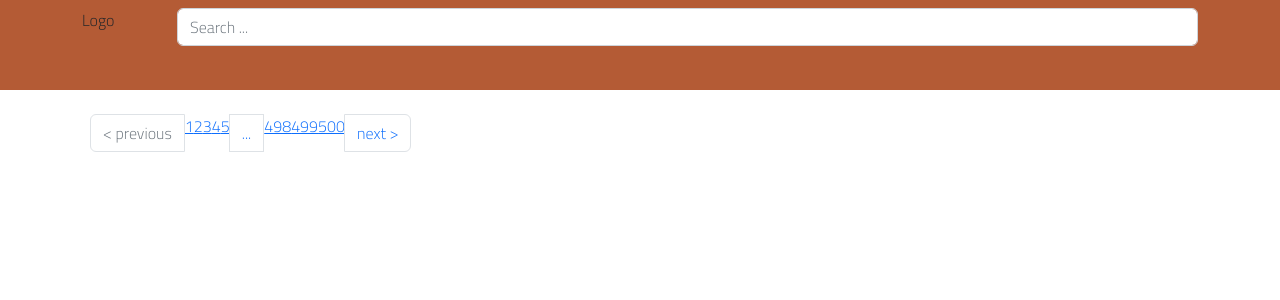
Repository: SD-Mdouka/react-table
Page: /
The author's editor kept a copy of each file at every save. The page is drawn from the files as they stood at one save, then again after the next save.
The browser window is 1280 px wide. The pictures show the whole page.
The page's requests for data from a server got no answer. The project was rebuilt for these pictures with package versions that can differ from the ones it lists, and the page was loaded fresh each time. No one was signed in, and anything a server would have sent is missing. Also part of the build but not shown: src/react-table-filter/table-list-card/components/CardMovies.tsx.

Above is the page before, as saved 2022-10-16 00:34:36.

### public/index.html
<!DOCTYPE html>
<html lang="en">

<head>
    <meta charset="utf-8" />
    <meta name="viewport" content="width=device-width, initial-scale=1" />
    <meta name="description" content="Web site created using create-react-app" />

    <link rel="preconnect" href="https://fonts.googleapis.com" />
    <link rel="preconnect" href="https://fonts.gstatic.com" crossorigin />
    <link href="https://fonts.googleapis.com/css2?family=Almarai:wght@300;400;700;800&family=Cairo:wght@300&display=swap" rel="stylesheet" />

    <link rel="stylesheet" href="https://cdn.jsdelivr.net/npm/bootstrap@5.2.0-beta1/dist/css/bootstrap.min.css" integrity="sha384-0evHe/X+R7YkIZDRvuzKMRqM+OrBnVFBL6DOitfPri4tjfHxaWutUpFmBp4vmVor" crossorigin="anonymous" />
    <title>React App</title>
</head>

<body>
    <div id="root"></div>
</body>

</html>

### src/index.tsx
import React from "react";
import ReactDOM from "react-dom/client";
import "./index.css";
import "bootstrap/dist/css/bootstrap.min.css";
import reportWebVitals from "./reportWebVitals";
import { App } from "./App";

const root = ReactDOM.createRoot(
  document.getElementById("root") as HTMLElement
);
root.render(
  <React.StrictMode>
    <App />
  </React.StrictMode>
);

// If you want to start measuring performance in your app, pass a function
// to log results (for example: reportWebVitals(console.log))
// or send to an analytics endpoint. Learn more: https://bit.ly/CRA-vitals
reportWebVitals();

### src/App.tsx
import React from "react";
import TableCard from "./react-table-filter/table-list-card";
import TableMenu from "./react-table-filter/table-menu";

export const App = () => {
  return (
    <>
      <TableCard />
    </>
  );
};

### src/react-table-filter/table-list-card/index.tsx
import axios from "axios";
import React, { useEffect, useState } from "react";
import { Container } from "react-bootstrap";
import CardMoviesList from "./components/CardMoviesList";
import NavBar from "./components/Navbar";
import "./style.css";

const TableCard = () => {
  //list movies
  const [movies, setMovies] = useState([]);
  //get current page movies filme
  const getPage = async (numberPage: number) => {
    const res = await axios.get(
      `https://api.themoviedb.org/3/movie/popular?api_key=497503c38549d10e74795b4ebe84b909&language=en-US&page=${numberPage}`
    );
    setMovies(res.data.results);
  };
  //get all movies filme
  const getAllMovies = async () => {
    const res = await axios.get(
      "https://api.themoviedb.org/3/movie/popular?api_key=497503c38549d10e74795b4ebe84b909&language=en-US&page=1"
    );
    setMovies(res.data.results);
  };
  //to serach in api
  const SearchMovies = async (word: string) => {
    if (word === "") {
      //function git all movies
      getAllMovies();
    } else {
      //function to search
      const res = await axios.get(
        `https://api.themoviedb.org/3/search/movie?api_key=497503c38549d10e74795b4ebe84b909&query=${word}`
      );
      setMovies(res.data.results);
    }
  };

  useEffect(() => {
    //execute effect
    getAllMovies();
  }, []);

  return (
    <div className="font color-body">
      <NavBar searchMovies={SearchMovies} getPage={getPage} />
      <Container>
        <CardMoviesList movies={[...movies]} />
      </Container>
    </div>
  );
};

export default TableCard;

### src/react-table-filter/table-list-card/components/CardMoviesList.tsx
import { AnyARecord } from "dns";
import React from "react";
import { Row } from "react-bootstrap";
import CardMovies from "./CardMovies";
import Pageination from "./Pageination";

const CardMoviesList = ({ movies, getPage }: any) => {
  return (
    <Row className="mt-3">
      {movies.map((mov: any) => {
        return <CardMovies mov={mov} />;
      })}
      <Pageination getPage={getPage} />
    </Row>
  );
};

export default CardMoviesList;

### src/react-table-filter/table-list-card/components/Navbar.tsx
import { useState } from "react";
import { Container, Row, Col } from "react-bootstrap";

const NavBar = ({ searchMovies }: any) => {
  const onSearch = (serachValue: string) => {
    searchMovies(serachValue);
  };
  return (
    <div className="nav-style w-100">
      <Container>
        <Row className="pt-2">
          <Col xs="2" lg="1">
            Logo
          </Col>
          <Col xs="10" lg="11" className="d-flex align-items-center">
            <div className="serach w-100">
              <i className="fa fa-serach"></i>
              <input
                type="text"
                placeholder="Search ..."
                className="form-control"
                onChange={(e) => onSearch(e.target.value)}
              />
            </div>
          </Col>
        </Row>
      </Container>
    </div>
  );
};

export default NavBar;

### src/react-table-filter/table-list-card/style.css
body {
    margin: 0;
}

.color-body {
    background-color: white;
    height: 100vh;
}

.nav-style {
    height: 90px;
    width: 1440px;
    background-color: #b45b35;
}

.logo {
    height: 72px;
    width: 78px;
}

.search {
    position: relative;
}

.search input {
    height: 40px;
    text-indent: 25px;
    border-radius: 20px;
    -webkit-border-radius: 20px;
    -moz-border-radius: 20px;
    -ms-border-radius: 20px;
    -o-border-radius: 20px;
}

.search input:focus {
    box-shadow: none;
    border: 2px solid red;
}

.search .fa-search {
    position: absolute;
    top: 12px;
    left: 16px;
}

.card {
    position: relative;
    transition: all 0.5s ease-in;
    cursor: pointer;
    height: 375px;
    -webkit-transition: all 0.5s ease-in;
    -moz-transition: all 0.5s ease-in;
    -ms-transition: all 0.5s ease-in;
    -o-transition: all 0.5s ease-in;
}

.card__image {
    display: block;
    width: 100%;
    height: 100%;
    border-radius: 5px;
    -webkit-border-radius: 5px;
    -moz-border-radius: 5px;
    -ms-border-radius: 5px;
    -o-border-radius: 5px;
}

.card__overlay {
    position: absolute;
    top: 0;
    bottom: 0;
    left: 0;
    right: 0;
    height: 100%;
    width: 100%;
    opacity: 0;
    visibility: none;
    transition: 0.5s ease;
    background-color: #393839;
    -webkit-transition: 0.5s ease;
    -moz-transition: 0.5s ease;
    -ms-transition: 0.5s ease;
    -o-transition: 0.5s ease;
}

.card:hover .card__overlay {
    opacity: 0.8;
}

.overlay__text {
    color: white;
    font-size: 16px;
    font-weight: bold;
    position: absolute;
    top: 50%;
    left: 50%;
    -webkit-transform: translate(-50%, -50%);
    -ms-transform: translate(-50%, -50%);
    transform: translate(-50%, -50%);
    -moz-transform: translate(-50%, -50%);
    -o-transform: translate(-50%, -50%);
}

.font {
    font-family: "Almarai", sans-serif;
    font-family: "Cairo", sans-serif;
}

.color {
    color: #b45b35;
    background-color: #b45b35;
}

.card-detalis {
    height: 370px;
    border-radius: 20px;
    background-color: #f8f8f8;
}

.card-story {
    height: 300px;
    border-radius: 20px;
    background-color: #f8f8f8;
    -webkit-border-radius: 20px;
    -moz-border-radius: 20px;
    -ms-border-radius: 20px;
    -o-border-radius: 20px;
}

.img-movie {
    height: 360px;
    padding: 10px;
    border-radius: 20px;
    -webkit-border-radius: 20px;
    -moz-border-radius: 20px;
    -ms-border-radius: 20px;
    -o-border-radius: 20px;
}

.card-text-details {
    color: #555555;
    font-family: Almarai;
    font-size: 28px;
    font-weight: bold;
    letter-spacing: 0;
    line-height: 49px;
}

.card-text-story {
    color: #555555;
    font-family: Almarai;
    font-size: 18px;
    letter-spacing: 0;
    line-height: 32px;
}

.card-text-title {
    color: #555555;
    font-family: Almarai;
    font-size: 36px;
    font-weight: bold;
    letter-spacing: 0;
    line-height: 49px;
}

### src/react-table-filter/table-list-card/components/Pageination.tsx
import React from "react";
import { Pagination } from "react-bootstrap";
import ReactPaginate from "react-paginate";

const Pageination = ({ getPage }: any) => {
  const handlePageClick = (data: any) => {
    getPage(data.selected + 1);
  };
  const pageCount = 500;
  return (
    <div>
      <ReactPaginate
        breakLabel="..."
        nextLabel="next >"
        onPageChange={handlePageClick}
        pageRangeDisplayed={5}
        pageCount={pageCount}
        previousLabel="< previous"
        containerClassName={"pagination justify-content-cneter p-2"}
        pageClassName={"page-item"}
        pageLinkClassName={"page-item"}
        previousClassName={"page-item"}
        nextClassName={"page-item"}
        previousLinkClassName={"page-link"}
        nextLinkClassName={"page-link"}
        breakClassName={"page-item"}
        breakLinkClassName={"page-link"}
        activeClassName={"active"}
      />
    </div>
  );
};

export default Pageination;

Loaded but not shown: src/index.css (common file); src/reportWebVitals.ts (common file)

After the next save:
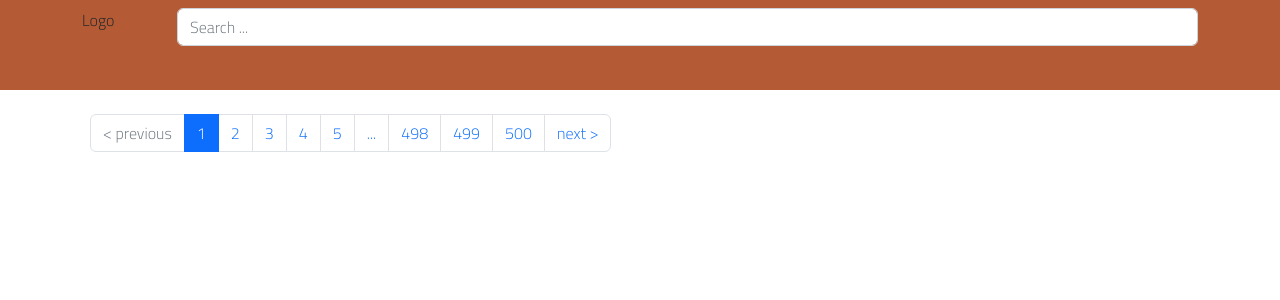
Saved 3 min 21 s later.
--- a/src/react-table-filter/table-list-card/components/Pageination.tsx
+++ b/src/react-table-filter/table-list-card/components/Pageination.tsx
@@ -17,14 +17,14 @@ const Pageination = ({ getPage }: any) => {
         pageCount={pageCount}
         previousLabel="< previous"
         containerClassName={"pagination justify-content-cneter p-2"}
+        pageLinkClassName={"page-link"}
+        breakLinkClassName={"page-link"}
+        previousLinkClassName={"page-link"}
+        nextLinkClassName={"page-link"}
         pageClassName={"page-item"}
-        pageLinkClassName={"page-item"}
         previousClassName={"page-item"}
         nextClassName={"page-item"}
-        previousLinkClassName={"page-link"}
-        nextLinkClassName={"page-link"}
         breakClassName={"page-item"}
-        breakLinkClassName={"page-link"}
         activeClassName={"active"}
       />
     </div>
